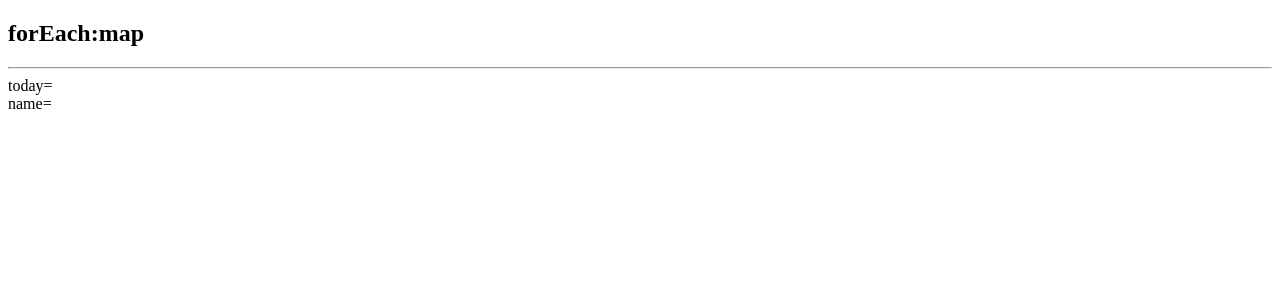
Repository: dongseon-git/WEB_JSP
Page: http://localhost/studyhtml5/jsp/j06/j06_forEach_map.jsp
The author's editor kept a copy of each file at every save. The page is drawn from the files as they stood at one save, then again after the next save.
The browser window is 1280 px wide. The pictures show the whole page.
The page is served by Tomcat 9. Nobody is signed in. The application's start-up code is not run.

Above is the page before, as saved 2022-05-23 01:48:14.

After the next save:
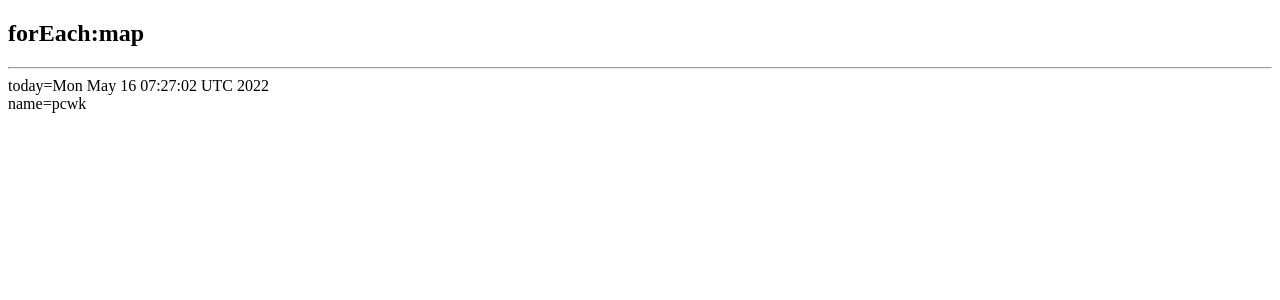
Saved 45 s later.
--- a/workspace/studyhtml5/WebContent/jsp/j06/j06_forEach_map.jsp
+++ b/workspace/studyhtml5/WebContent/jsp/j06/j06_forEach_map.jsp
@@ -22,7 +22,7 @@
 <hr/>
 <c:set var="map" value="<%=mapData %>"/>
 <c:forEach var ="i" items="${map }">
-${i.key }=<br/>
+${i.key }=${i.value }<br/>
 </c:forEach>
 </body>
 </html>
